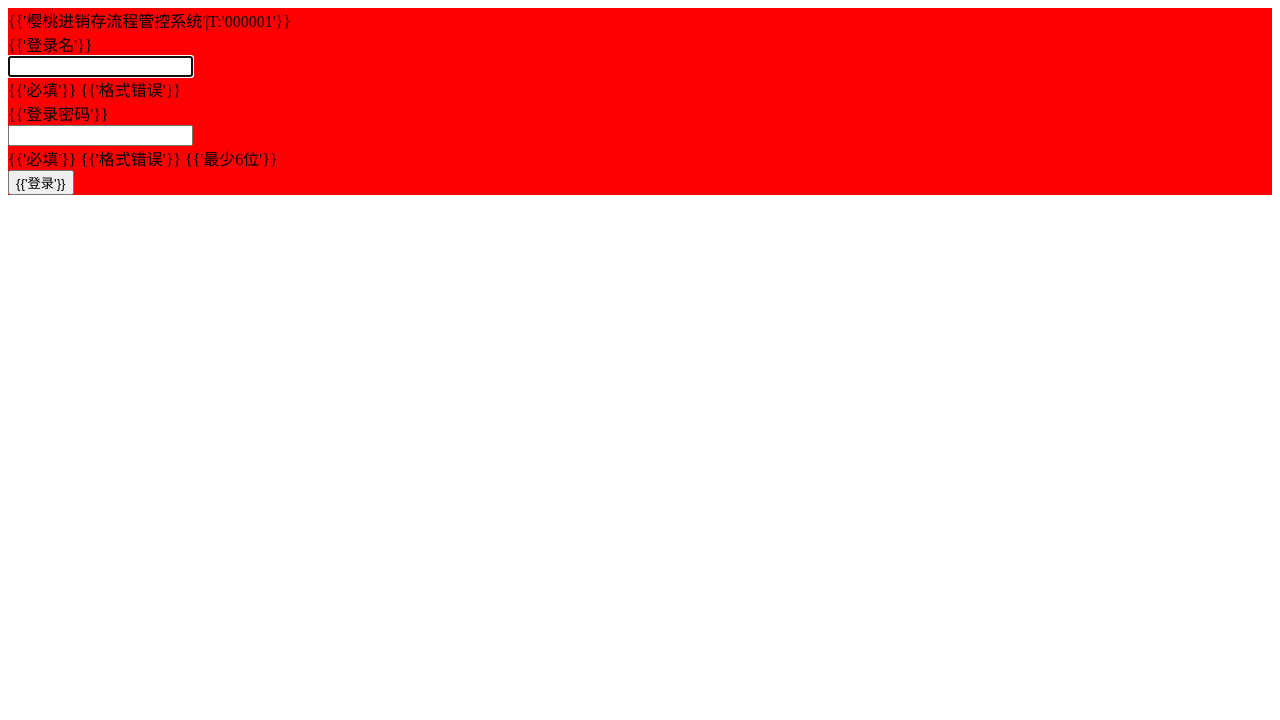
Repository: Anita-huang-001/cims
Page: cherry/mi_cims/mi_cims_admin/src/main/resources/static/view/login.html
An editor plug-in stored every save of this project. The page is shown before and after the next save, followed by the edit.
The browser window is 1280 px wide. The pictures show the whole page.

Above is the page before, as saved 2021-02-04 06:10:19.

After the next save:
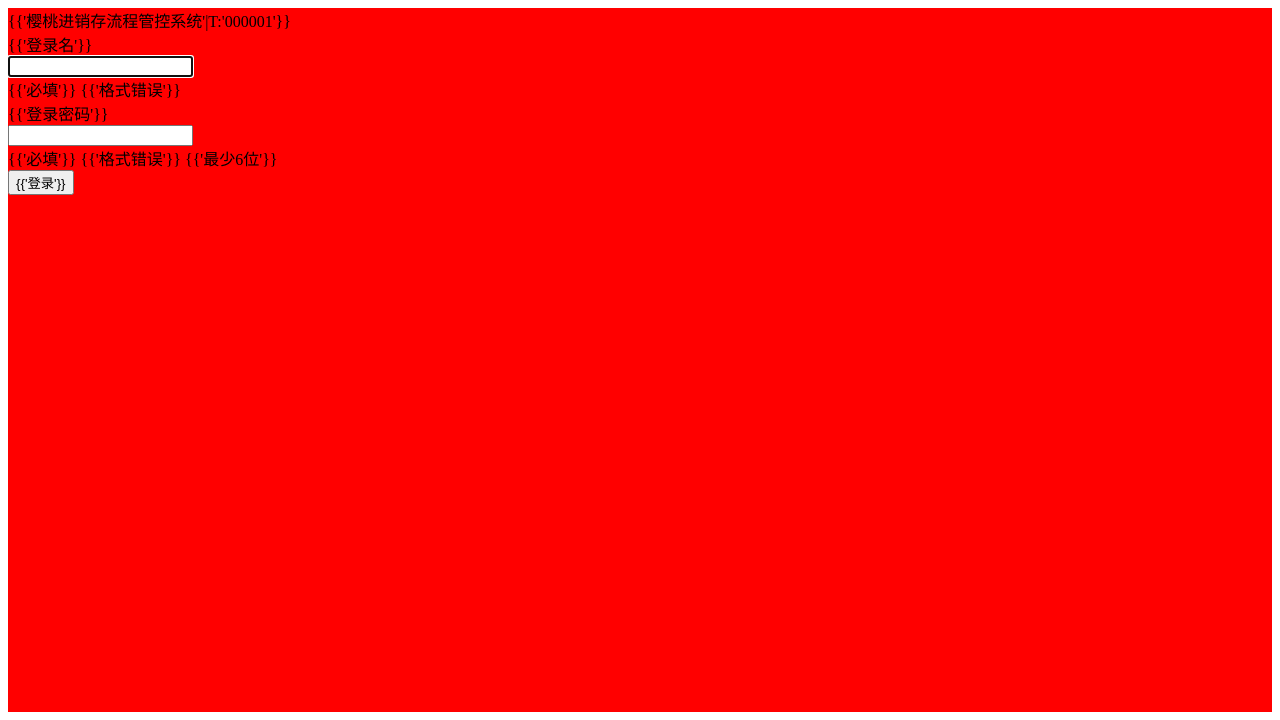
Saved 73 s later.
--- a/cherry/mi_cims/mi_cims_admin/src/main/resources/static/view/login.html
+++ b/cherry/mi_cims/mi_cims_admin/src/main/resources/static/view/login.html
@@ -1,5 +1,5 @@
 <!-- 登录页面 -->
-<div style="background:red; hegit:1000px">
+<div style="background:red;width: 100%;height: 100%;">
 
 <div class="container-fluid login-page">
 	<!-- 标题 -->
